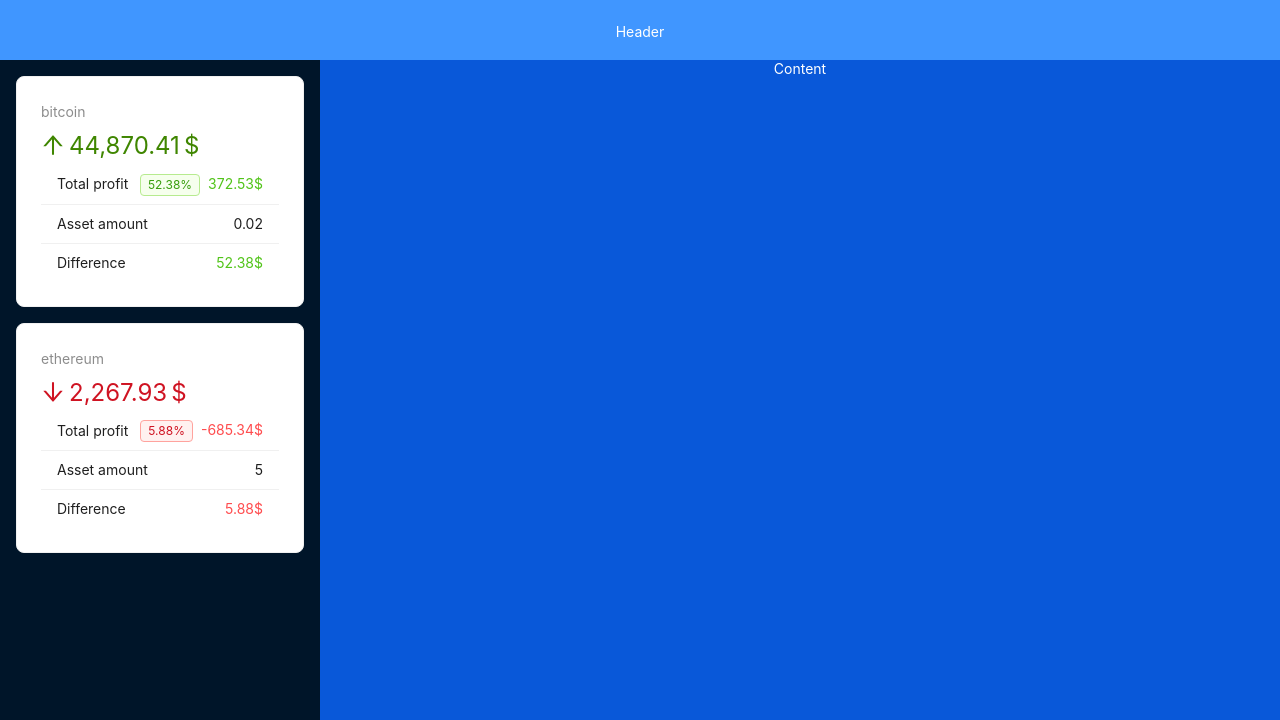
Repository: iveivs/ninim
Page: / (app in react-crypto-initial/)
These files come from the project's save history. The page is drawn as it stood at one moment and after the next save; the edit follows.
The browser window is 1280 px wide. The pictures show the whole page.
The project was rebuilt for these pictures with package versions that can differ from the ones it lists, and the page was loaded fresh each time. Also part of the build but not shown: react-crypto-initial/vite.config.js.

Above is the page before, as saved 2024-02-18 17:39:45.

### react-crypto-initial/src/App.jsx
import { Layout } from "antd";
import AppContent from "./components/layout/AppContent";
import AppHeader from "./components/layout/AppHeader";
import AppSider from "./components/layout/AppSider";

export default function App() {
    return (
        <Layout >
            <AppHeader  />
            <Layout>
                <AppSider  />
                <AppContent  />
            </Layout>
        </Layout>
    );
}

### react-crypto-initial/src/components/layout/AppContent.jsx
import { Layout } from "antd";
const contentStyle = {
    textAlign: "center",
    minHeight: 'calc(100vh - 60px)',
    color: "#fff",
    backgroundColor: "#0958d9",
};

export default function AppContent() {
    return (
        <Layout.Content style={contentStyle}>Content</Layout.Content>
    )
}

### react-crypto-initial/src/components/layout/AppHeader.jsx
import { Layout } from "antd";
const headerStyle = {
    textAlign: "center",
    color: "#fff",
    height: 60,
    paddingInline: 48,
    lineHeight: "64px",
    backgroundColor: "#4096ff",
};
export default function AppHeader() {
    return (
        <Layout.Header style={headerStyle}>Header</Layout.Header>
    )
}

### react-crypto-initial/src/components/layout/AppSider.jsx

import { useEffect, useState } from "react";
import { Layout, Card, Statistic, List, Typography, Spin, Tag } from "antd";
import { ArrowDownOutlined, ArrowUpOutlined } from '@ant-design/icons';
import { fakeFetchCrypto, fetchAssets } from '../../api'
import { percentDifference } from '../../utils'
const siderStyle = {
    padding: '1rem',
};

export default function AppSider() {
    const [loading, setLoading ] = useState(false)
    const [crypto, setCrypto ] = useState([])
    const [assets, setAssets ] = useState([])

    useEffect(() => {
        async function preload() {
            setLoading(true)
            const { result } = await fakeFetchCrypto()
            const assets = await fetchAssets()

            setAssets(assets.map(asset => {
                const coin = result.find((c) => c.id === asset.id)
                return {
                    grow: asset.price < coin.price,
                    growPercent: percentDifference(asset.price, coin.price),
                    totalAmount: asset.amount + coin.price,
                    totalProfit: asset.amount * coin.price - asset.amount * asset.price,
                    ...asset
                }
            }))
            setCrypto(result)
            setLoading(false)
        }
        preload()
    }, [])

    if(loading) {
        return <Spin fullscreen />
    }
    return (
        <Layout.Sider width="25%" style={siderStyle}>

            {assets.map(asset => (
                <Card key={asset.id} style={{marginBottom: '1rem'}} >
                    <Statistic
                        title={asset.id}
                        value={asset.totalAmount}
                        precision={2}
                        valueStyle={{ color: asset.grow ? '#3f8600' : '#cf1322'}}
                        prefix={ asset.grow ? <ArrowUpOutlined /> : <ArrowDownOutlined />}
                        suffix="$"
                    />
                    <List
                        size="small"
                        dataSource={[
                            {title: "Total profit", value: asset.totalProfit, withTag: true},
                            {title: "Asset amount", value: asset.amount, isPlain: true},
                            {title: "Difference", value: asset.growPercent},
                        ]}
                        renderItem={(item) => (
                            <List.Item>
                                <span>{item.title}</span>
                                <span>
                                    {item.withTag && (
                                        <Tag color={asset.grow ? 'green' : 'red'}>
                                            {asset.growPercent}%
                                        </Tag>
                                    )}
                                    {item.isPlain && item.value}
                                    {!item.isPlain && (
                                    <Typography.Text type={asset.grow ? 'success' : 'danger'}>
                                        {item.value.toFixed(2)}$
                                    </Typography.Text>
                                    )}
                                </span>
                            </List.Item>
                        )}
                    />
                </Card>
            ))}


            {/* <Card>
                <Statistic
                    title="Idle"
                    value={9.3}
                    precision={2}
                    valueStyle={{ color: '#cf1322' }}
                    prefix={<ArrowDownOutlined />}
                    suffix="%"
                />
            </Card> */}
        </Layout.Sider>
    );
}

### react-crypto-initial/src/api.js
import { cryptoData, cryptoAssets} from './data'

export function fakeFetchCrypto() {
    return new Promise((resolve) => {
        setTimeout(() => {
            resolve(cryptoData)
        }, 200)
    })
}

export function fetchAssets() {
    return new Promise((resolve) => {
        setTimeout(() => {
            resolve(cryptoAssets)
        }, 200)
    })
}

### react-crypto-initial/src/utils.js
export function percentDifference(a, b){
    return +(100 * Math.abs((a - b) / ((a + b) / 2))).toFixed(2)
}

Loaded but not shown: react-crypto-initial/index.html (common file); react-crypto-initial/src/main.jsx (common file); react-crypto-initial/src/index.css (common file); react-crypto-initial/src/data.js (625 lines, source omitted)

After the next save:
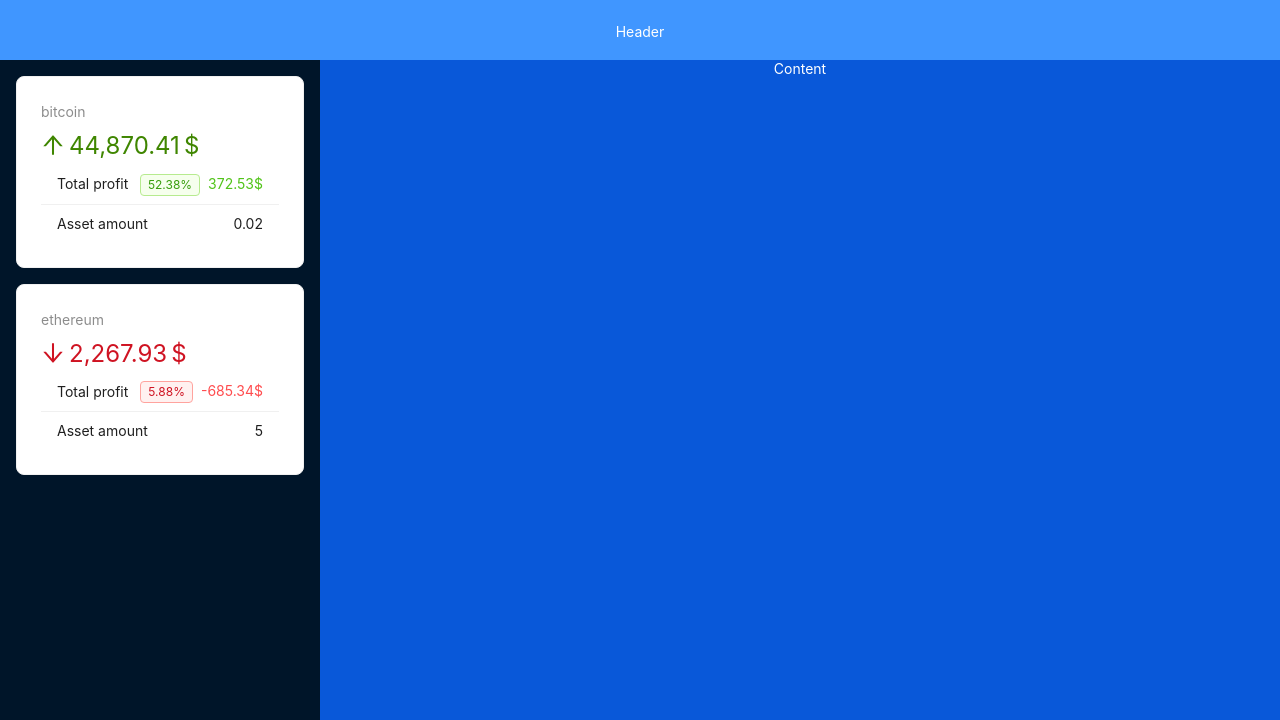
Saved 44 s later.
--- a/react-crypto-initial/src/components/layout/AppSider.jsx
+++ b/react-crypto-initial/src/components/layout/AppSider.jsx
@@ -56,7 +56,7 @@
                         dataSource={[
                             {title: "Total profit", value: asset.totalProfit, withTag: true},
                             {title: "Asset amount", value: asset.amount, isPlain: true},
-                            {title: "Difference", value: asset.growPercent},
+                            // {title: "Difference", value: asset.growPercent},
                         ]}
                         renderItem={(item) => (
                             <List.Item>
